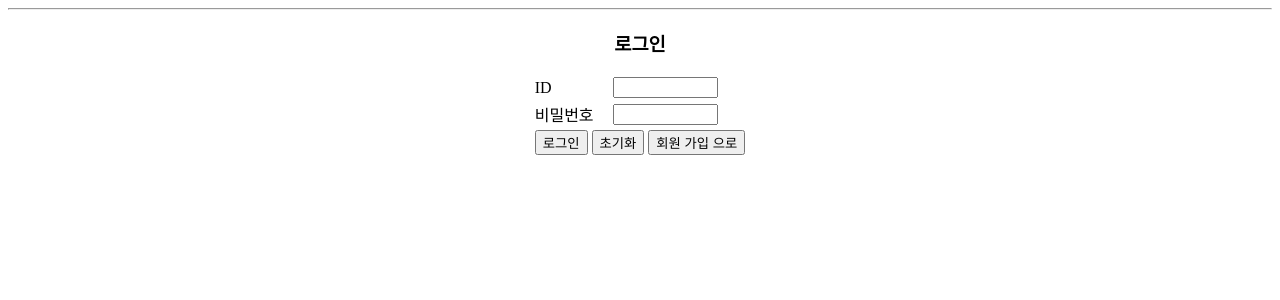
Repository: Juseong-Bang/jspWebProject
Page: http://localhost/FilmBooking/login.jsp
These files come from the project's save history. The page is drawn as it stood at one moment and after the next save; the edit follows.
The browser window is 1280 px wide. The pictures show the whole page.
The page is served by Tomcat 9. Other server files are loaded and not shown.

Above is the page before, as saved 2017-11-28 17:08:14.

### FilmBooking/WebContent/login.jsp
<%@ page language="java" contentType="text/html; charset=UTF-8"
	pageEncoding="UTF-8"%>
<!DOCTYPE html PUBLIC "-//W3C//DTD HTML 4.01 Transitional//EN" "http://www.w3.org/TR/html4/loose.dtd">
<html>
<head>
<meta http-equiv="Content-Type" content="text/html; charset=UTF-8">
<title>로그인</title>
</head>
<hr>
<body>
	<div align="center">
		<h3>로그인</h3>
		<form name=form1 method=post action=control.jsp>
			<input type=hidden name="member" value="regist" /> <input
				type="hidden" name="action" value="member" />

			<table>
				<tr>
					<td>ID</td>
					<td><input type="text" size=10 name=name_mem /></td>
				</tr>
				<tr>
					<td>비밀번호</td>
					<td><input type="password" size=10 name=password /></td>
				</tr>
				<td colspan=3 align=center><input type="submit" value=로그인>
					<input type="submit" value=초기화>
					<form method="post" action="register.jsp">
						<input type="submit" value="회원 가입 으로">
					</form></td>
			</table>
		</form>
	</div>
</body>
</html>

After the next save:
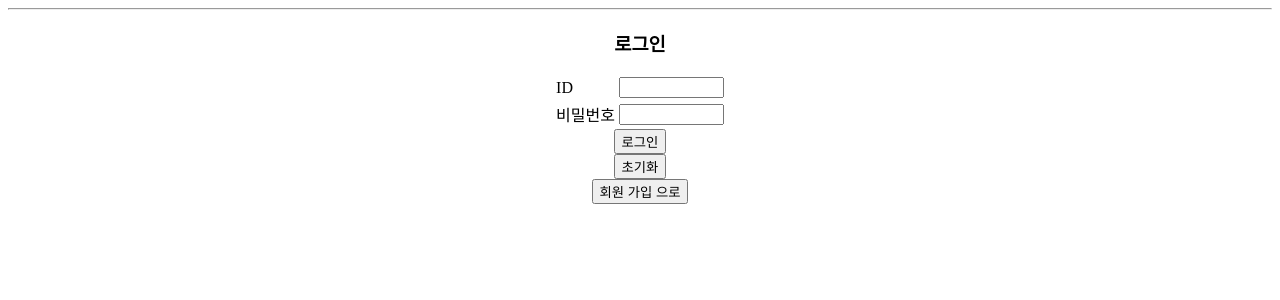
Saved 109 s later.
--- a/FilmBooking/WebContent/login.jsp
+++ b/FilmBooking/WebContent/login.jsp
@@ -11,9 +11,8 @@
 	<div align="center">
 		<h3>로그인</h3>
 		<form name=form1 method=post action=control.jsp>
-			<input type=hidden name="member" value="regist" /> <input
+			<input type=hidden name="member" value="login" /> <input
 				type="hidden" name="action" value="member" />
-
 			<table>
 				<tr>
 					<td>ID</td>
@@ -23,12 +22,12 @@
 					<td>비밀번호</td>
 					<td><input type="password" size=10 name=password /></td>
 				</tr>
-				<td colspan=3 align=center><input type="submit" value=로그인>
-					<input type="submit" value=초기화>
-					<form method="post" action="register.jsp">
-						<input type="submit" value="회원 가입 으로">
-					</form></td>
 			</table>
+			<input type="submit" value=로그인>
+		</form>
+		<input type="submit" value=초기화>
+		<form method="post" action="register.jsp">
+			<input type="submit" value="회원 가입 으로">
 		</form>
 	</div>
 </body>
